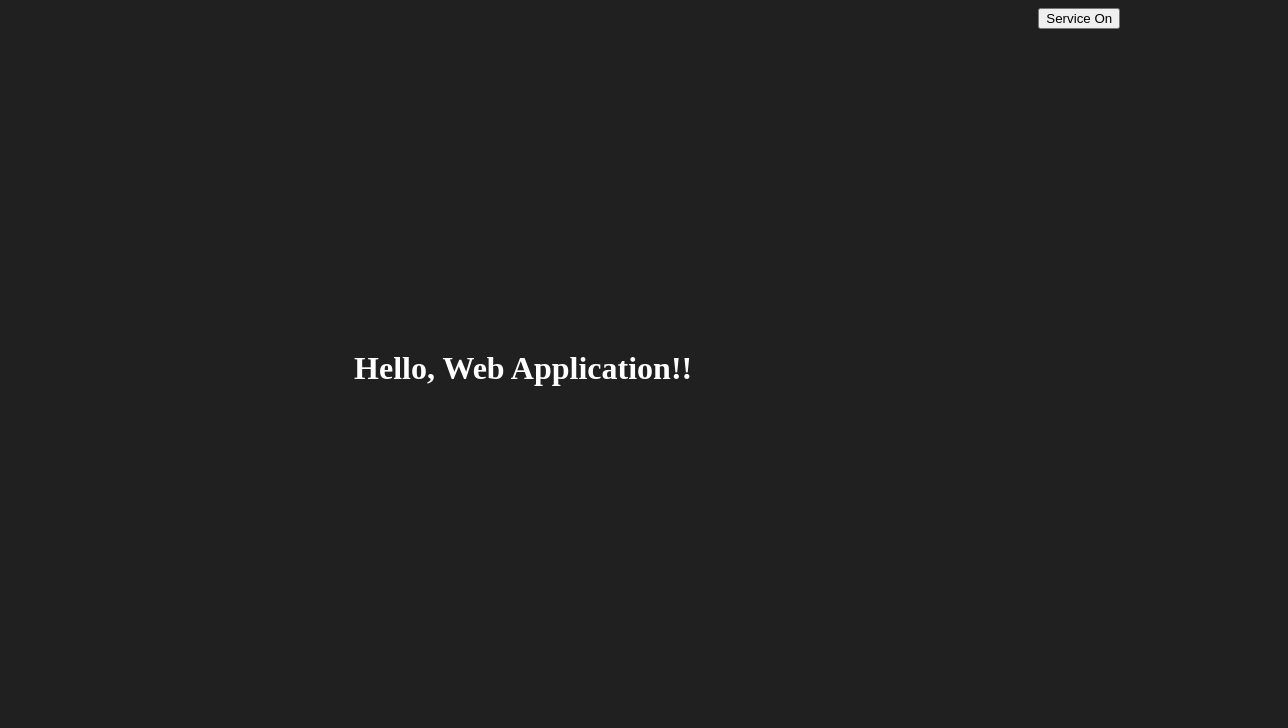
Repository: meanz1/SE_SleepWithMe
Page: SmartTVWorkspace/testapp/index.html
These files come from the project's save history. The page is drawn as it stood at one moment and after the next save; the edit follows.
The browser window is 1280 px wide. The page is 1288 px wide, so the pictures cover 1288 px, including what lies to the right of the window. The pictures show the whole page.

Above is the page before, as saved 2021-11-06 23:09:45.
Console error: ReferenceError: WebOSServiceBridge is not defined

### SmartTVWorkspace/testapp/index.html
<!--
Copyright (c) 2020 LG Electronics Inc.

SPDX-License-Identifier: Apache-2.0
-->

<!DOCTYPE html>
<html>
<head>
<title>Example Web App</title>
<style type="text/css">
    body {
        width: 100%;
        height: 100%;
        background-color:#202020;
    }
    div {
        position:absolute;
        height:100%;
        width:100%;
        display: table;
    }
    h1 {
        display: table-cell;
        vertical-align: middle;
        text-align:center;
        color:#FFFFFF;
    }
</style>
<script type="text/javascript">
    var bridge = new WebOSServiceBridge();

    function serviceOn() {
        console.log("call my service");
        const url = 'luna://com.testapp.app.testsrv/serviceOn';
        const params = {};
        bridge.onservicecallback = (msg) => {
            console.log(msg);
            let res = JSON.parse(msg);
            document.getElementById("txt_msg").innerHTML = res.Response;
        };

        bridge.call(url, JSON.stringify(params));
    }
</script>
</head>
<body>
    <div>
        <h1 id="txt_msg">Hello, Web Application!!</h1>
        <button id="on" onclick="serviceOn()">Service On</button>
    </div>
</body>
</html>

After the next save:
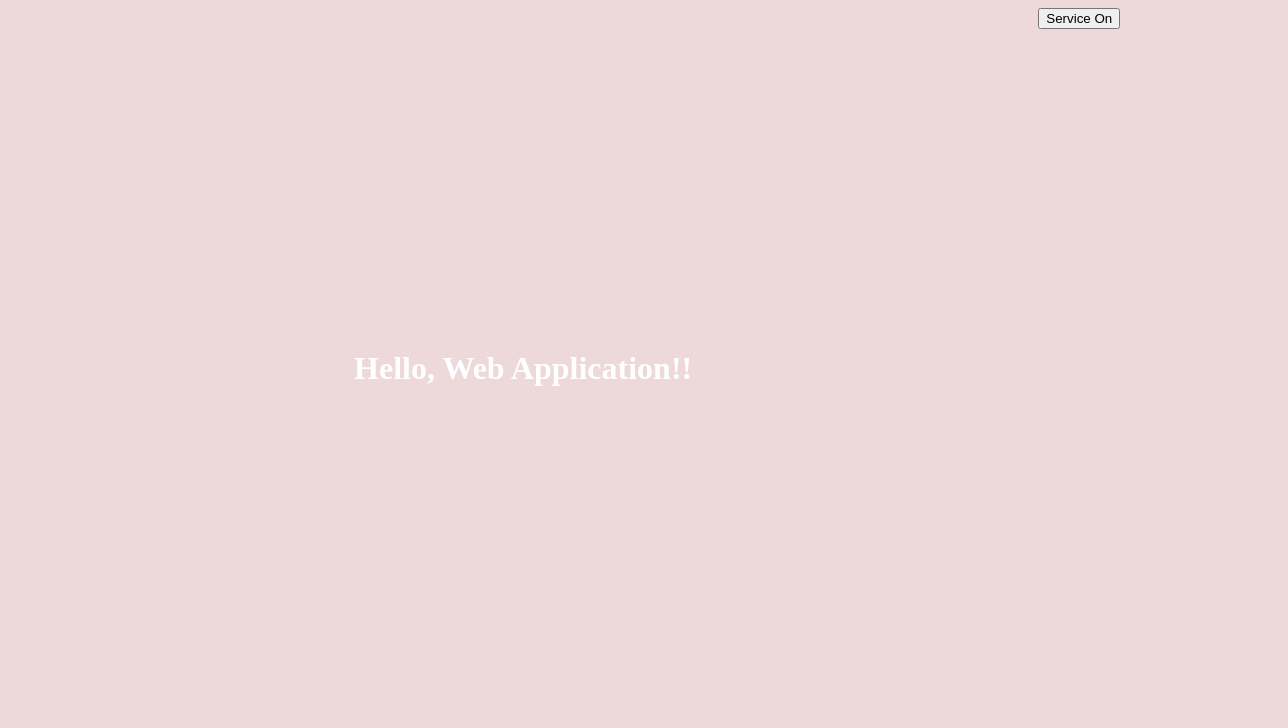
Saved 2 min 17 s later.
--- a/SmartTVWorkspace/testapp/index.html
+++ b/SmartTVWorkspace/testapp/index.html
@@ -12,7 +12,7 @@ SPDX-License-Identifier: Apache-2.0
     body {
         width: 100%;
         height: 100%;
-        background-color:#202020;
+        background-color:#edd8da;
     }
     div {
         position:absolute;
